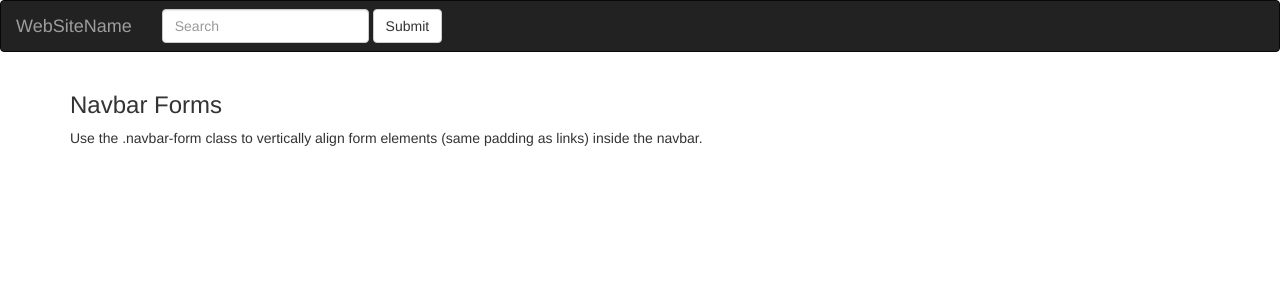
Repository: ganz-95/Denuvo-final
Page: http://localhost/restaurant/
These files come from the project's save history. The page is drawn as it stood at one moment and after the next save; the edit follows.
The browser window is 1280 px wide. The pictures show the whole page.
Some web libraries are served in a nearby version. The page is served by Tomcat 9.

Above is the page before, as saved 2017-01-23 16:29:11.

### workspace/restaurant/src/main/webapp/index.jsp
<!DOCTYPE html>
<html lang="en">
<head>
  <title>Bootstrap Example</title>
  <meta charset="utf-8">
  <meta name="viewport" content="width=device-width, initial-scale=1">
  <link rel="stylesheet" href="https://maxcdn.bootstrapcdn.com/bootstrap/3.3.7/css/bootstrap.min.css">
  <script src="https://ajax.googleapis.com/ajax/libs/jquery/3.1.1/jquery.min.js"></script>
  <script src="https://maxcdn.bootstrapcdn.com/bootstrap/3.3.7/js/bootstrap.min.js"></script>
</head>
<body>

<nav class="navbar navbar-inverse">
  <div class="container-fluid">
    <div class="navbar-header">
      <a class="navbar-brand" href="#">WebSiteName</a>
    </div>

    <form class="navbar-form navbar-left">
      <div class="form-group">
        <input type="text" class="form-control" placeholder="Search">
      </div>
      <button type="submit" class="btn btn-default">Submit</button>
    </form>
  </div>
</nav>

<div class="container">
  <h3>Navbar Forms</h3>
  <p>Use the .navbar-form class to vertically align form elements (same padding as links) inside the navbar.</p>
</div>

</body>
</html>

After the next save:
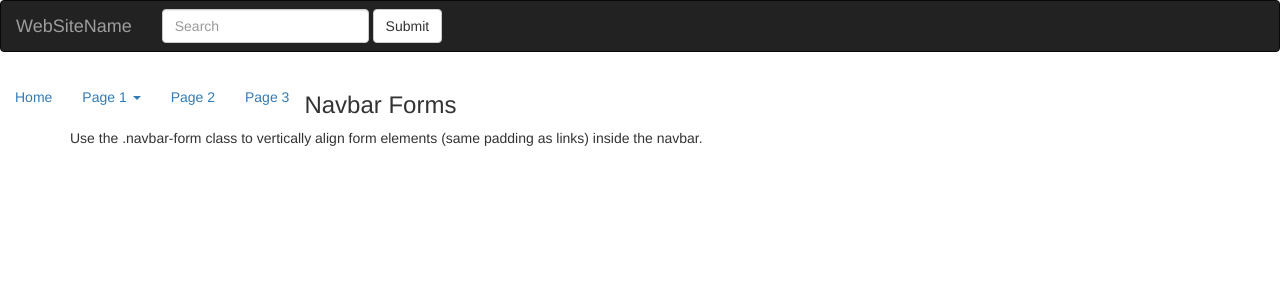
Saved 31 s later.
--- a/workspace/restaurant/src/main/webapp/index.jsp
+++ b/workspace/restaurant/src/main/webapp/index.jsp
@@ -24,6 +24,21 @@
     </form>
   </div>
 </nav>
+<ul class="nav navbar-nav">
+      <li class="active"><a href="#">Home</a></li>
+      <li class="dropdown"><a class="dropdown-toggle" data-toggle="dropdown" href="#">Page 1 <span class="caret"></span></a>
+        <ul class="dropdown-menu">
+          <li><a href="#">Page 1-1</a></li>
+          <li><a href="#">Page 1-2</a></li>
+          <li><a href="#">Page 1-3</a></li>
+        </ul>
+      </li>
+      <li><a href="#">Page 2</a></li>
+      <li><a href="#">Page 3</a></li>
+    </ul>
+  </div>
+</nav>
+
 
 <div class="container">
   <h3>Navbar Forms</h3>
